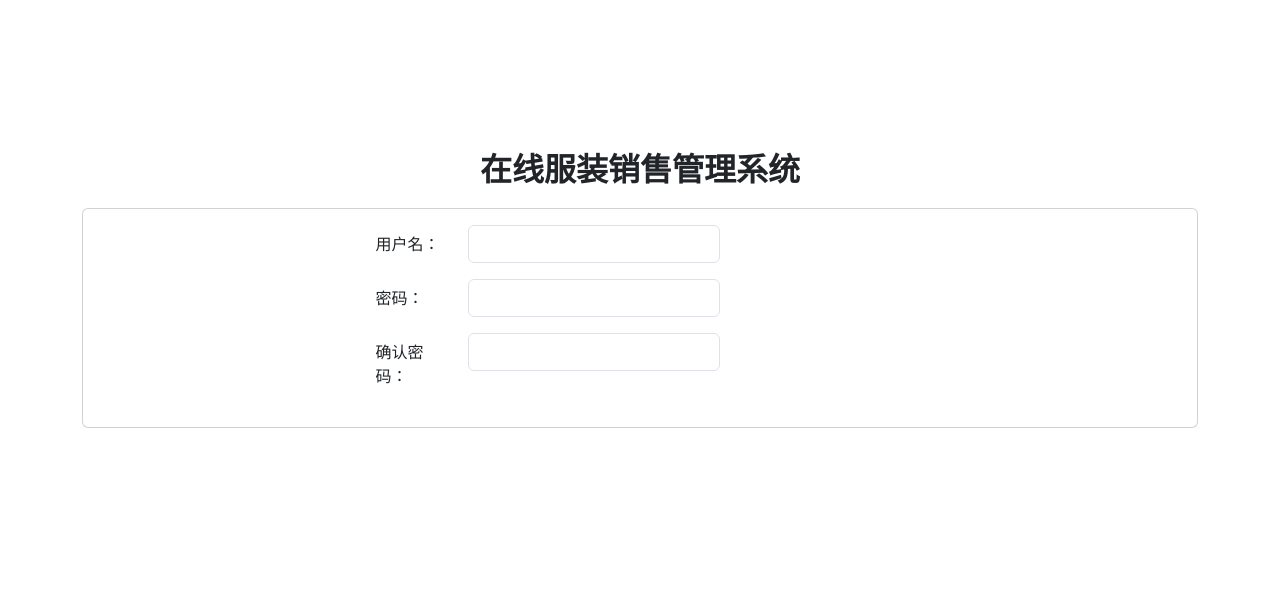
Repository: squawktop/CFS
Page: /user/register (app in web/)
These files come from the project's save history. The page is drawn as it stood at one moment and after a run of saves; the edit follows.
The browser window is 1280 px wide. The pictures show the whole page.
The project was rebuilt for these pictures with package versions that can differ from the ones it lists, and the page was loaded fresh each time. Also part of the build but not shown: web/vue.config.js, web/src/views/LoginView.vue, web/src/components/NavBar.vue, web/src/views/HomeView.vue, web/src/views/UsersManageView.vue, web/src/views/PersonalCenterView.vue, web/src/views/GoodsManageView.vue, web/src/views/OrdersManageView.vue and 1 more.

Above is the page before, as saved 2024-03-23 18:53:47.

After the next 2 saves:
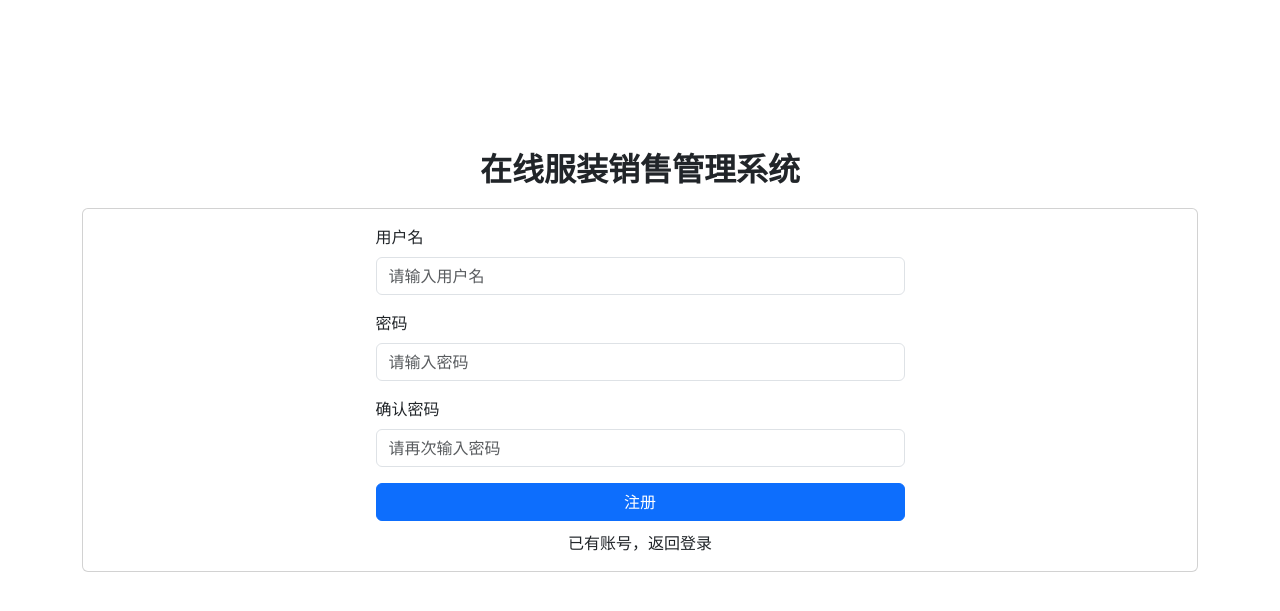
The 2 saves are shown as one change because they came seconds apart.
The last was saved 30 s later.
--- a/web/src/views/RegisterView.vue
+++ b/web/src/views/RegisterView.vue
@@ -5,7 +5,7 @@
             <div class="row justify-content-md-center">
                 <div class="col-6">
                     <form @submit.prevent="register">
-                        <!-- <div class="mb-3">
+                        <div class="mb-3">
                             <label for="username" class="form-label">用户名</label>
                             <input v-model="username" type="text" class="form-control" id="username"
                                 placeholder="请输入用户名" />
@@ -22,28 +22,7 @@
                         </div>
                         <div class="error-message">{{ error_message }} </div>
                         <button type="submit" class="btn btn-primary">注册</button>
-                        <div class="tip" @click="loginview">已有账号，返回登录</div> -->
-
-                        <div class="mb-3 row">
-                            <label for="username" class="col-sm-2 col-form-label">用户名：</label>
-                            <div class="col-sm-6">
-                                <input type="password" class="form-control" id="username">
-                            </div>
-                        </div>
-                        <div class="mb-3 row">
-                            <label for="inputPassword" class="col-sm-2 col-form-label">密码：</label>
-                            <div class="col-sm-6">
-                                <input type="password" class="form-control" id="inputPassword">
-                            </div>
-                        </div>
-                        <div class="mb-3 row">
-                            <label for="inputPassword" class="col-sm-2 col-form-label">确认密码：</label>
-                            <div class="col-sm-6">
-                                <input type="password" class="form-control" id="inputPassword">
-                            </div>
-                        </div>
-
-
+                        <div class="tip" @click="loginview">已有账号，返回登录</div>
 
                     </form>
                 </div>
